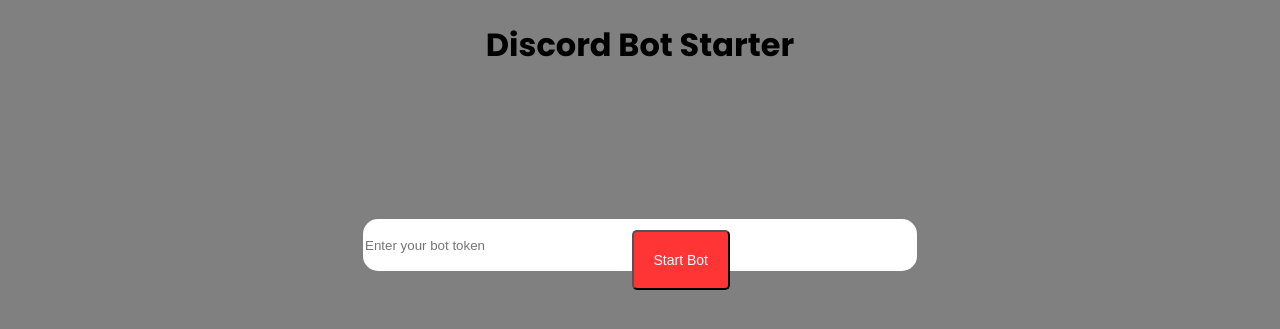
Repository: ranger2202/discord-bot-panel
Page: ranger-bot-runner/app/templates/landing.html
The author's editor kept a copy of each file at every save. The page is drawn from the files as they stood at one save, then again after the next save.
The browser window is 1280 px wide. The pictures show the whole page.

Above is the page before, as saved 2023-12-30 12:12:27.

After the next save:
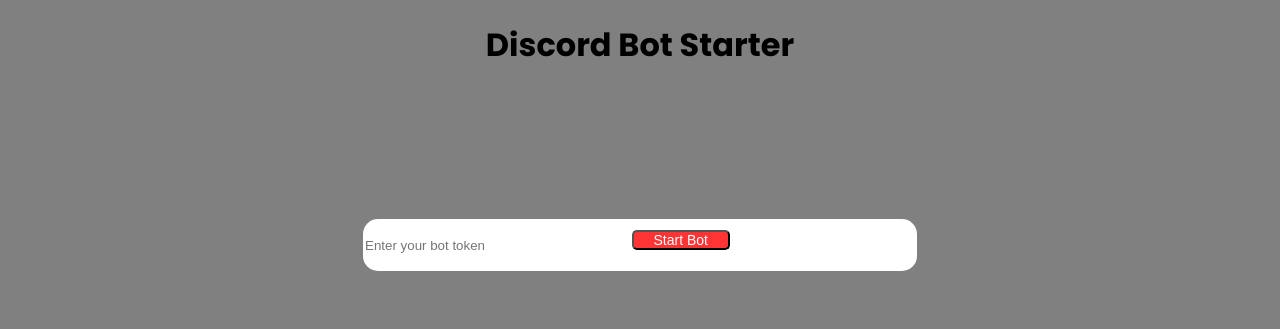
Saved 6 s later.
--- a/ranger-bot-runner/app/static/landing.css
+++ b/ranger-bot-runner/app/static/landing.css
@@ -9,7 +9,7 @@
     right: 550px;
     top: 230px;
     display: inline-block;
-    padding: 20px 20px;
+    padding: 0px 20px;
     font-size: 14px;
     text-decoration: none;
     color: #ffffff;
